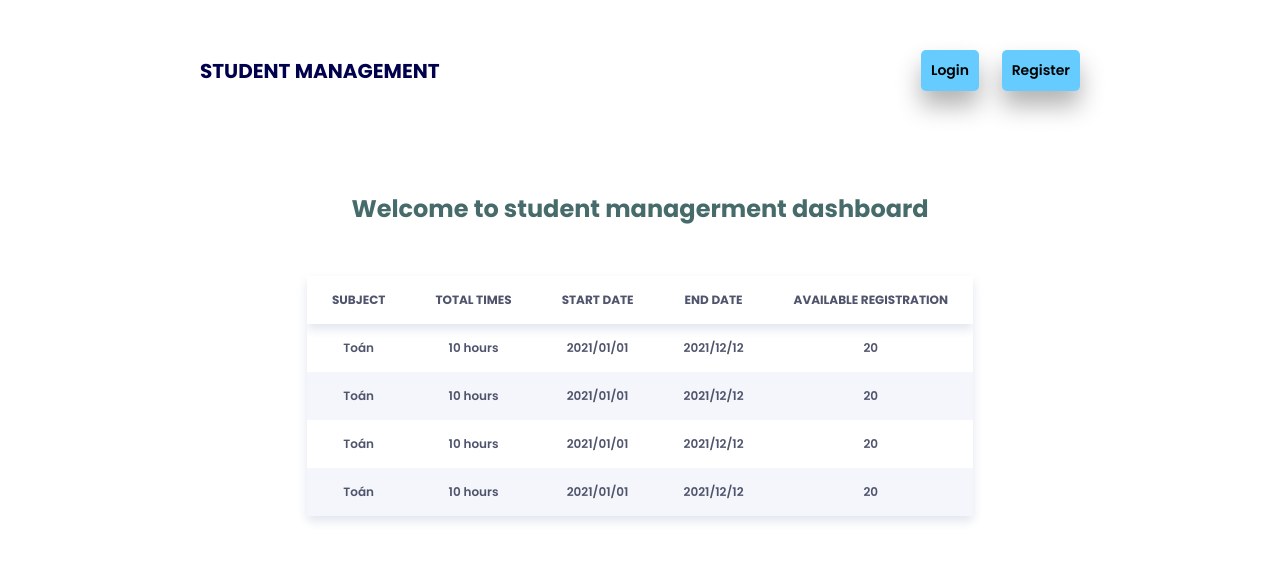
Repository: lenhandat/studentManagement
Page: front-end/fontpart3/Student_Management/guest/homeGuest.html
An editor plug-in stored every save of this project. The page is shown before and after the next save, followed by the edit.
The browser window is 1280 px wide. The pictures show the whole page.
Some icons come from a web library that is not loaded, so they are not drawn.

Above is the page before, as saved 2021-08-27 23:44:24.

### front-end/fontpart3/Student_Management/guest/homeGuest.html
<!DOCTYPE html>
<html lang="en">
<head>
    <meta charset="UTF-8">
    <meta http-equiv="X-UA-Compatible" content="IE=edge">
    <meta name="viewport" content="width=device-width, initial-scale=1.0">
    <link rel="preconnect" href="https://fonts.googleapis.com">
    <link rel="preconnect" href="https://fonts.gstatic.com" crossorigin>
    <link href="https://fonts.googleapis.com/css2?family=Poppins:wght@300;400;500;600;700&display=swap" rel="stylesheet">
    <link rel="stylesheet" href="../assets/css/reset.css">
    <link rel="stylesheet" href="../assets/css/style.css">
    <title>Home</title>
</head>
<body>
    <header class="header">
        <h1 class="header__title">Student Management</h1>
        <div class="header__right">
            <a href="#" class="header__right--element header__login">
                Login
                <i class="fas fa-sign-in-alt"></i>
            </a>

            <a href="#" class="header__right--element header__register">
                Register
                <i class="fas fa-registered"></i>
            </a>
        </div>
    </header>
    <main>
        <h1 class = "title">Welcome to student managerment dashboard</h1>
        <section class="table__student">
            <table class="table__content">
                <thead>
                    <tr>
                        <th>Subject</th>
                        <th>Total Times</th>
                        <th>Start Date</th>
                        <th>End Date</th>
                        <th>Available Registration</th>
                    </tr>
                </thead>
                <tbody>
                    <tr>
                        <td>Toán</td>
                        <td>10 hours</td>
                        <td>2021/01/01</td>
                        <td>2021/12/12</td>
                        <td>20</td>
                    </tr>
                    <tr>
                        <td>Toán</td>
                        <td>10 hours</td>
                        <td>2021/01/01</td>
                        <td>2021/12/12</td>
                        <td>20</td>
                    </tr>
                    <tr>
                        <td>Toán</td>
                        <td>10 hours</td>
                        <td>2021/01/01</td>
                        <td>2021/12/12</td>
                        <td>20</td>
                    </tr>
                    <tr>
                        <td>Toán</td>
                        <td>10 hours</td>
                        <td>2021/01/01</td>
                        <td>2021/12/12</td>
                        <td>20</td>
                    </tr>
                </tbody>
            </table>
        </section>
    </main>
    <script src="../assets/fontAwesome/all.min.js"></script>
</body>
</html>

### front-end/fontpart3/Student_Management/assets/css/reset.css
*{
    margin: 0;
    padding: 0;
    box-sizing: border-box;
}

html{
    font-size: 62.5%;
    font-family: 'Poppins', sans-serif;
}

### front-end/fontpart3/Student_Management/assets/css/style.css
.header{
    padding: 5rem 20rem;
    display: flex;
    flex-direction: row;
    align-items: center;
    justify-content: space-between;
}

.header__title{
    font-size: 2rem;
    text-transform: uppercase;
    color: #00004d;
}

.header__right--element{
    display: inline-block;
    padding: 1rem;
    color: #000;
    text-decoration: none;
    font-size: 1.4rem;
    font-weight: 600;
    background-color: #66ccff;
    border-radius: 5px;
    box-shadow: 0 1.5rem 2.5rem rgba(0,0,0, 0.3);
    transition: all .2s;
}

.header__right--element:not(:last-child) {
    margin-right: 2rem;
}

.header__right--element:hover{
    transform: translateY(-2px);
    background-color: #2b70f2;
    color: #fff;
}
.header__right--element:active{
    transform: translateY(0);
    box-shadow: 0 1rem 2rem rgba(0,0,0, 0.2);
}

.table__student{
    margin-top: 5rem;
    display: grid;
    justify-content: center;
    align-items: center;
    color: #4f546c;
    /* background-color: #f4f6fb; */

}


.title{
    padding-top: 5rem;
    text-align: center;
    font-size: 2.4rem;
    color: #476b6b;
}

.table__content{
    padding: 5rem 20rem;
    border-collapse: collapse;
    box-shadow: 0 0.5rem 1rem #e1e5ee;
    background-color: #fff;
    text-align: center;
    overflow: hidden;
}

.table__content thead{
    box-shadow: 0 0.5rem 1rem #e1e5ee;
}

.table__content th{
    padding: 1.5rem 2.5rem;
    text-transform: uppercase;
    font-size: 1.2rem;
    font-weight: 700;
}

.table__content td{
    padding: 1.5rem 2.5rem;
    font-size: 1.2rem;
    font-weight: 600;
}

.table__content tr:nth-child(even){
    background-color:  #f4f6fb;
}

After the next save:
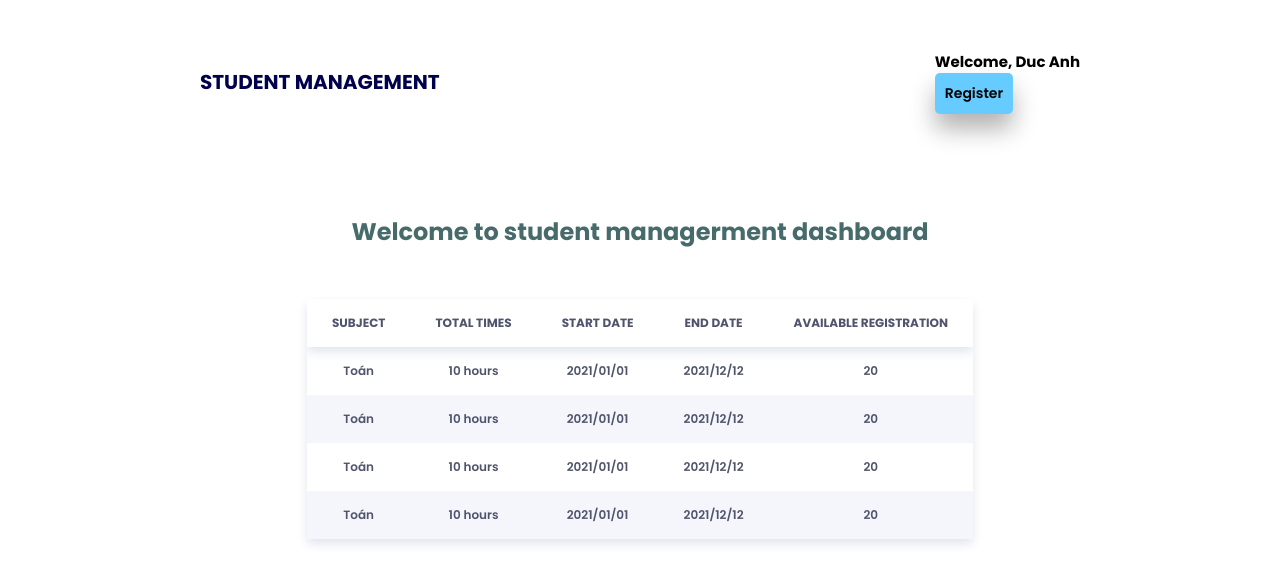
Saved 26 s later.
--- a/front-end/fontpart3/Student_Management/guest/homeGuest.html
+++ b/front-end/fontpart3/Student_Management/guest/homeGuest.html
@@ -15,10 +15,7 @@
     <header class="header">
         <h1 class="header__title">Student Management</h1>
         <div class="header__right">
-            <a href="#" class="header__right--element header__login">
-                Login
-                <i class="fas fa-sign-in-alt"></i>
-            </a>
+            <h2>Welcome, Duc Anh</h2>
 
             <a href="#" class="header__right--element header__register">
                 Register

After the save that followed:
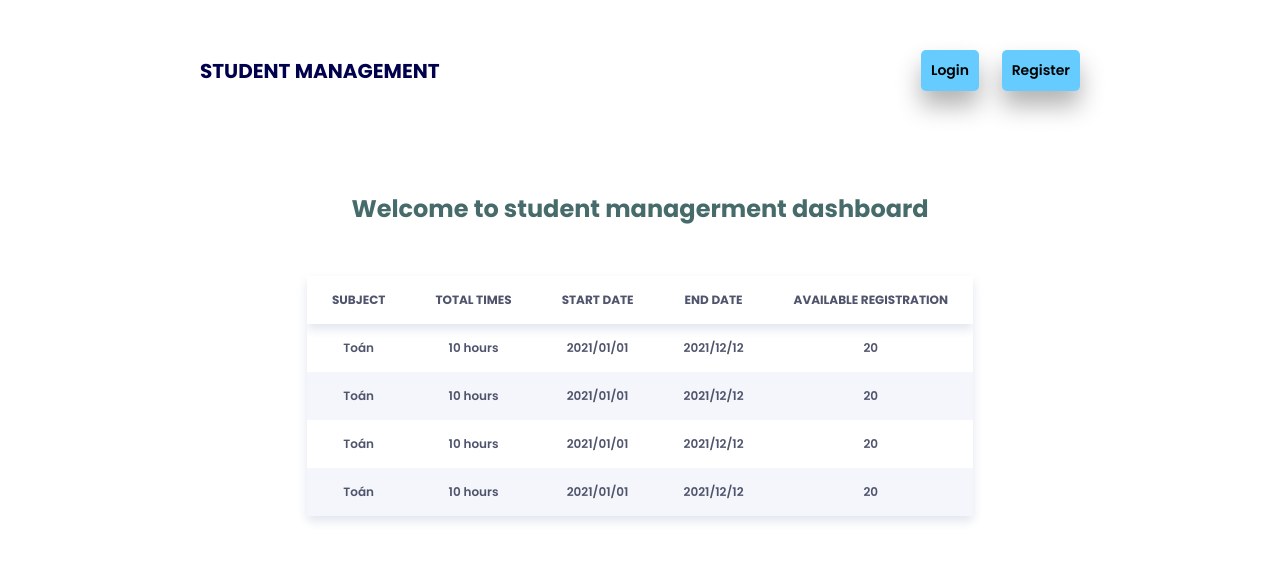
Saved 11 s later.
--- a/front-end/fontpart3/Student_Management/guest/homeGuest.html
+++ b/front-end/fontpart3/Student_Management/guest/homeGuest.html
@@ -15,7 +15,10 @@
     <header class="header">
         <h1 class="header__title">Student Management</h1>
         <div class="header__right">
-            <h2>Welcome, Duc Anh</h2>
+            <a href="#" class="header__right--element header__login">
+                Login
+                <i class="fas fa-sign-in-alt"></i>
+            </a>
 
             <a href="#" class="header__right--element header__register">
                 Register
